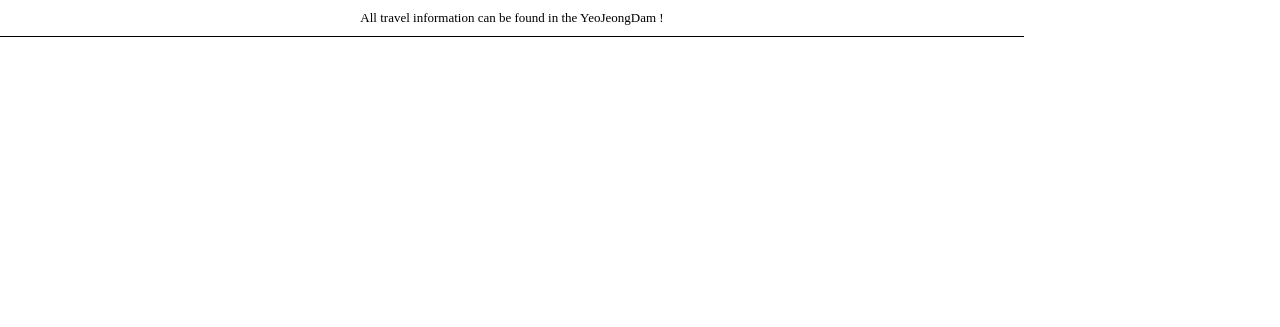
Repository: gaeunlee95/semi
Page: http://localhost/semi/main.jsp
The author's editor kept a copy of each file at every save. The page is drawn from the files as they stood at one save, then again after the next save.
The browser window is 1280 px wide. The pictures show the whole page.
The page is served by Tomcat 9.

Above is the page before, as saved 2023-12-06 08:04:58.

After the next save:
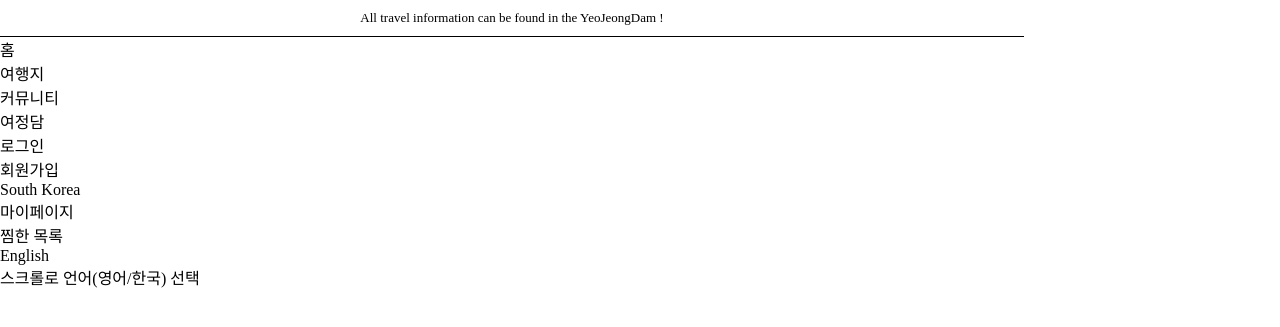
Saved 3 min 28 s later.
--- a/semi/src/main/webapp/header.jsp
+++ b/semi/src/main/webapp/header.jsp
@@ -5,7 +5,7 @@
 	<div id="welcome">
 		<p>All travel information can be found in the YeoJeongDam !</p>
 	</div>
-<!-- 	<nav>
+	<nav>
 		<ul id="topMenu">
 			<li>홈</li>
 			<li>여행지</li>
@@ -20,7 +20,7 @@
 			<li>찜한 목록</li>
 			<li>English</li> 스크롤로 언어(영어/한국) 선택
 		</ul>
-	</nav> -->
+	</nav>
 
 
 
